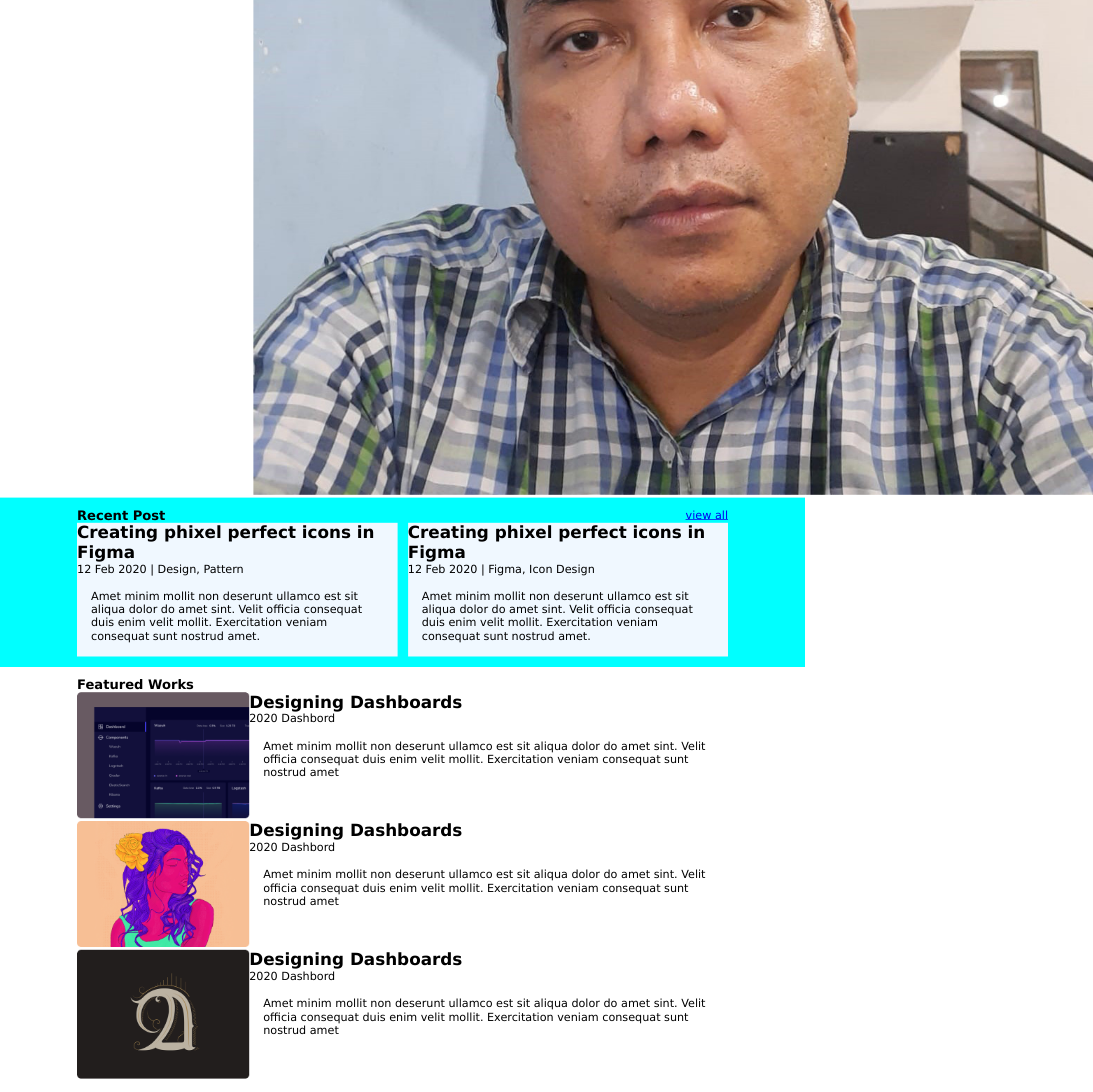
Repository: jafetdn73/portofolio
Page: index.html
The author's editor kept a copy of each file at every save. The page is drawn from the files as they stood at one save, then again after the next save.
The browser window is 1280 px wide. The page is 1562 px wide, so the pictures cover 1562 px, including what lies to the right of the window. The pictures show the part of the page from y = 687 to 2247 px (the page is 2247 px tall before and 2170 px after), at 70% of full size.

Above is the page before, as saved 2022-02-23 09:24:13.

After the next save:
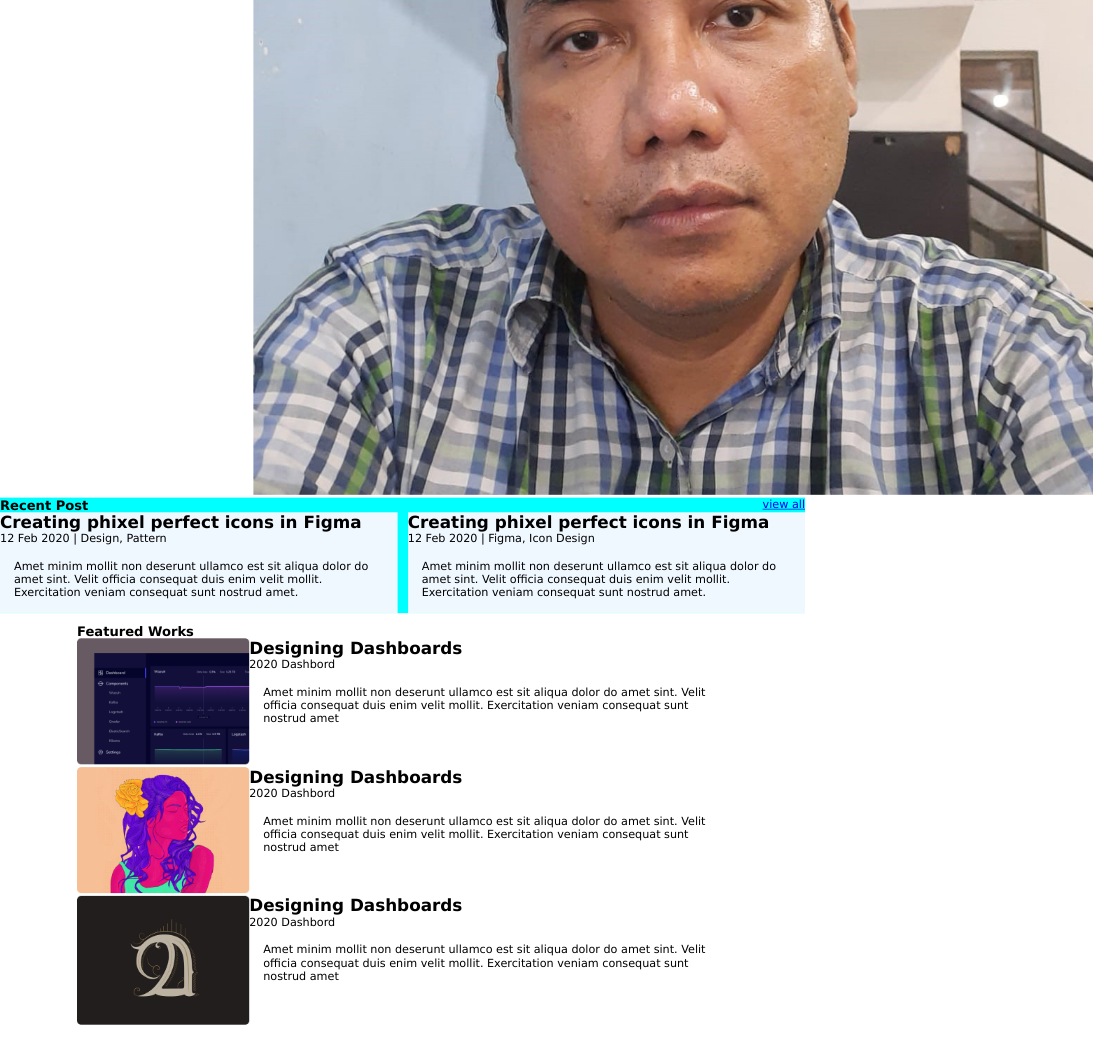
Saved 2 min 23 s later.
--- a/figma.css
+++ b/figma.css
@@ -55,7 +55,7 @@
 /* Start Post */
 .post {
     background-color:aqua;
-    padding:15px 110px;
+
 }
 
 .post-navi {
